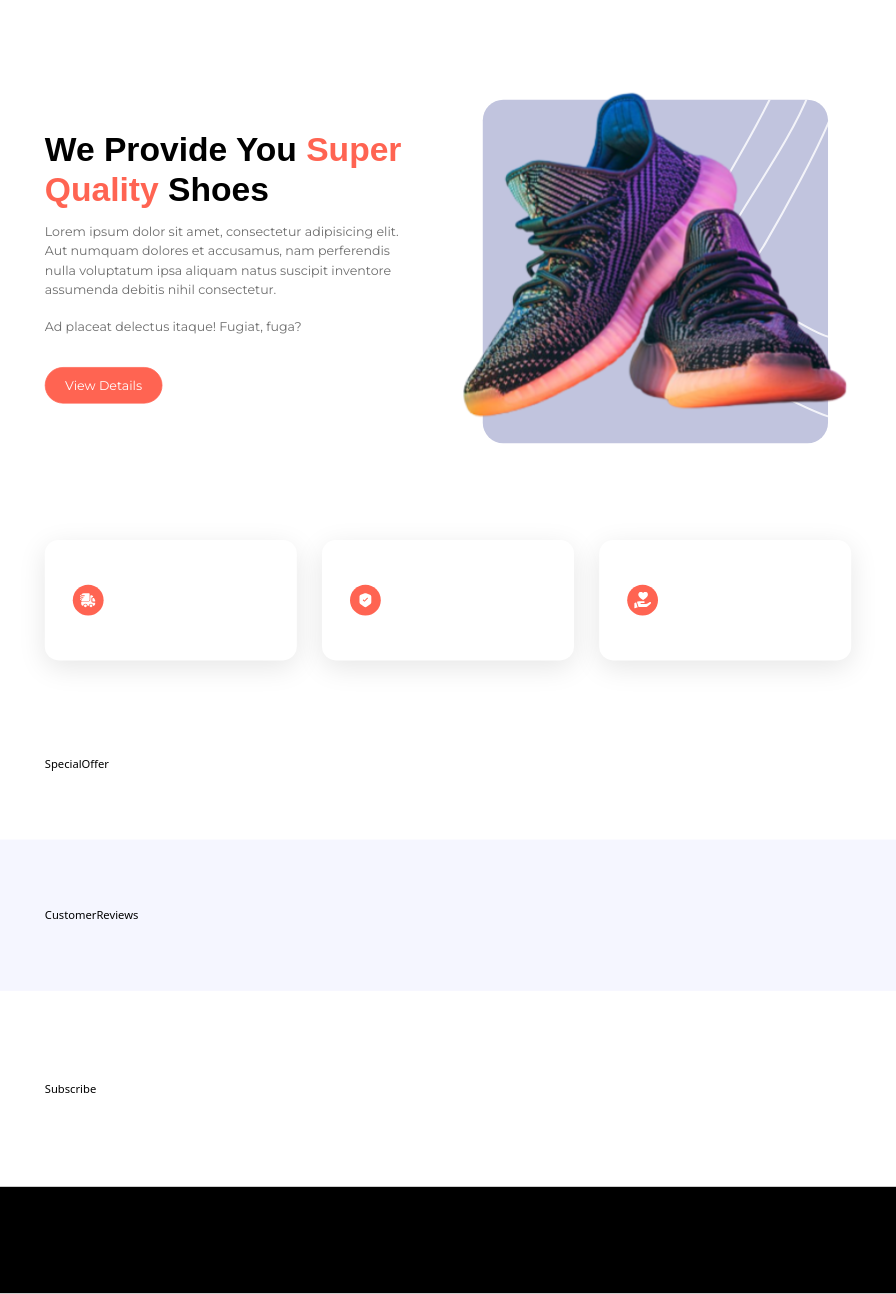
Repository: tynoschuck/nike-landpage
Page: /
These files come from the project's save history. The page is drawn as it stood at one moment and after the next save; the edit follows.
The browser window is 1280 px wide. The pictures show the part of the page from y = 1608 to 3528 px (the page is 3456 px tall before and 3528 px after), at 70% of full size.
Some web fonts or font styles are not loaded; a fallback is used. The project was rebuilt for these pictures with package versions that can differ from the ones it lists, and the page was loaded fresh each time. Also part of the build but not shown: vite.config.js.

Above is the page before, as saved 2023-12-01 11:37:21.

### index.html
<!doctype html>
<html lang="en">
  <head>
    <meta charset="UTF-8" />
    <link rel="icon" type="image/svg+xml" href="favicon.ico?" />
    <meta name="viewport" content="width=device-width, initial-scale=1.0" />
    <title>Nike Site</title>
  </head>
  <body>
    <div id="root"></div>
    <script type="module" src="/src/main.jsx"></script>
  </body>
</html>

### src/App.jsx
import Nav from "./components/Nav";
import { Hero, PopularProducts, CustomerReviews, Footer, Services, SpecialOffer, Subscribe, SuperQuality } from "./sections";

const App = () => (
  <main className="relative">
    <Nav />
    <section className="xl:padding-l wide:padding-r padding-b">
      <Hero />
    </section>
    <section className="padding">
      <PopularProducts />
    </section>
    <section className="padding">
      <SuperQuality />
    </section>
    <section className="padding-x py-10">
      <Services />
    </section>
    <section className="padding">
      <SpecialOffer />
    </section>
    <section className="padding bg-pale-blue">
      <CustomerReviews />
    </section>
    <section className="padding-x sm:py-32 py-16 w-full">
      <Subscribe />
    </section>
    <section className="padding-x padding-t pb-8 bg-black">
      <Footer />
    </section>
  </main>
);

export default App;

### src/components/Nav.jsx
import { headerLogo } from '../assets/images';
import { hamburger } from '../assets/icons';
import { navLinks } from '../constants';

const Nav = () => {
  return (
    <header className='padding-x py-8 absolute z-10 w-full'>
      <nav className='flex justify-between items-center max-container'>
        <a href="/">
          <img
            src={headerLogo}
            alt="logo"
            width={130}
            height={29}
          />
        </a>
        <ul className='flex-1 flex justify-center items-center gap-16 max-lg:hidden'>
          {navLinks.map((item) => (
            <li key={item.label}>
              <a
                href={item.href}
                className="font-montserrat leading-normal text-lg text-slate-gray"
              >
                {item.label}
              </a>
            </li>
          ))}
        </ul>
        <div className='hidden max-lg:block'>
          <img
            src={hamburger}
            alt="Hamburger"
            width={25}
            height={25}
          />
        </div>
      </nav>
    </header>
  )
}

export default Nav

### src/sections/index.js
import Hero from "./Hero";
import PopularProducts from "./PopularProducts";
import Footer from "./Footer";
import CustomerReviews from "./CustomerReviews";
import Services from "./Services";
import SpecialOffer from "./SpecialOffer";
import Subscribe from "./Subscribe";
import SuperQuality from "./SuperQuality";

export {
  Hero,
  PopularProducts,
  Footer,
  CustomerReviews,
  Services,
  SpecialOffer,
  Subscribe,
  SuperQuality,
};

### src/assets/images/index.js
import bigShoe1 from './big-shoe1.png'
import bigShoe2 from './big-shoe2.png'
import bigShoe3 from './big-shoe3.png'

import customer1 from './customer1.jpeg'
import customer2 from './customer2.svg'

import footerLogo from './footer-logo.svg'
import headerLogo from './header-logo.svg'

import offer from './offer.svg'

import shoe4 from './shoe4.svg'
import shoe5 from './shoe5.svg'
import shoe6 from './shoe6.svg'
import shoe7 from './shoe7.svg'
import shoe8 from './shoe8.svg'

import thumbnailBackground from './thumbnail-background.svg'
import thumbnailShoe1 from './thumbnail-shoe1.svg'
import thumbnailShoe2 from './thumbnail-shoe2.svg'
import thumbnailShoe3 from './thumbnail-shoe3.svg'

export {
    bigShoe1,
    bigShoe2,
    bigShoe3,

    customer1,
    customer2,

    footerLogo,
    headerLogo,

    offer,
    shoe4,
    shoe5,
    shoe6,
    shoe7,
    shoe8,

    thumbnailBackground,
    thumbnailShoe1,
    thumbnailShoe2,
    thumbnailShoe3
}

### src/assets/icons/index.js
import arrowRight from './arrow-right.svg'
import chevronLeft from './chevron-left.svg'
import cheveronRight from './chevron-right.svg'
import copyrightSign from './copyright-sign.svg'
import facebook from './facebook.svg'
import hamburger from './hamburger.svg'
import instagram from './instagram.svg'
import support from './support.svg'
import shieldTick from './shield-tick.svg'
import star from './star.svg'
import truckFast from './truck-fast.svg'
import twitter from './twitter.svg'

export {
    arrowRight,
    cheveronRight,
    chevronLeft,
    copyrightSign,
    facebook,
    hamburger,
    instagram,
    support,
    shieldTick,
    star,
    truckFast,
    twitter
}

### src/constants/index.js
import { facebook, instagram, shieldTick, support, truckFast, twitter } from "../assets/icons";
import { bigShoe1, bigShoe2, bigShoe3, customer1, customer2, shoe4, shoe5, shoe6, shoe7, thumbnailShoe1, thumbnailShoe2, thumbnailShoe3 } from "../assets/images";

export const navLinks = [
    { href: "#home", label: "Home" },
    { href: "#about-us", label: "About Us" },
    { href: "#products", label: "Products" },
    { href: "#contact-us", label: "Contact Us" },
];

export const shoes = [
    {
        thumbnail: thumbnailShoe1,
        bigShoe: bigShoe1,
    },
    {
        thumbnail: thumbnailShoe2,
        bigShoe: bigShoe2,
    },
    {
        thumbnail: thumbnailShoe3,
        bigShoe: bigShoe3,
    },
];

export const statistics = [
    { value: '1k+', label: 'Brands' },
    { value: '500+', label: 'Shops' },
    { value: '250k+', label: 'Customers' },
];

export const products = [
    {
        imgURL: shoe4,
        name: "Nike Air Jordan-01",
        price: "$200.20",
        rating: "(4.2)",
    },
    {
        imgURL: shoe5,
        name: "Nike Air Jordan-10",
        price: "$210.20",
        rating: "(4.8)",
    },
    {
        imgURL: shoe6,
        name: "Nike Air Jordan-100",
        price: "$220.20",
        rating: "(4.5)",
    },
    {
        imgURL: shoe7,
        name: "Nike Air Jordan-001",
        price: "$230.20",
        rating: "(4.2)",
    },
];

export const services = [
    {
        imgURL: truckFast,
        label: "Free shipping",
        subtext: "Enjoy seamless shopping with our complimentary shipping service."
    },
    {
        imgURL: shieldTick,
        label: "Secure Payment",
        subtext: "Experience worry-free transactions with our secure payment options."
    },
    {
        imgURL: support,
        label: "Love to help you",
        subtext: "Our dedicated team is here to assist you every step of the way."
    },
];

export const reviews = [
    {
        imgURL: customer1,
        customerName: 'Morich Brown',
        rating: 4.5,
        feedback: "The attention to detail and the quality of the product exceeded my expectations. Highly recommended!"
    },
    {
        imgURL: customer2,
        customerName: 'Lota Mongeskar',
        rating: 4.5,
        feedback: "The product not only met but exceeded my expectations. I'll definitely be a returning customer!"
    }
];


export const footerLinks = [
    {
        title: "Products",
        links: [
            { name: "Air Force 1", link: "/" },
            { name: "Air Max 1", link: "/" },
            { name: "Air Jordan 1", link: "/" },
            { name: "Air Force 2", link: "/" },
            { name: "Nike Waffle Racer", link: "/" },
            { name: "Nike Cortez", link: "/" },
        ],
    },
    {
        title: "Help",
        links: [
            { name: "About us", link: "/" },
            { name: "FAQs", link: "/" },
            { name: "How it works", link: "/" },
            { name: "Privacy policy", link: "/" },
            { name: "Payment policy", link: "/" },
        ],
    },
    {
        title: "Get in touch",
        links: [
            { name: "customer@nike.com", link: "mailto:customer@nike.com" },
            { name: "+92554862354", link: "tel:+92554862354" },
        ],
    },
];

export const socialMedia = [
    { src: facebook, alt: "facebook logo" },
    { src: twitter, alt: "twitter logo" },
    { src: instagram, alt: "instagram logo" },
];

### src/sections/Hero.jsx
import { useState } from "react";
import { arrowRight } from "../assets/icons";
import Button from "../components/Button";
import { shoes, statistics } from "../constants";
import { bigShoe1 } from "../assets/images";
import Shoecard from "../components/Shoecard";

const Hero = () => {

  const [bigShoeImg, setBigShoeImg] = useState(bigShoe1)

  return (
    <section
      id="home"
      className="w-full flex xl:flex-row flex-col justify-center min-h-screen gap-10 max-container">
        <div className="relative xl:w-2/5 flex flex-col justify-center items-start w-full max-xl:padding-x pt-28">
          <p className="text-xl font-montserrat text-coral-red">Our Summer Collection</p>
          <h1 className="mt-10 font-palanquin text-8xl max-sm:text-[72px] max-sm:leading-[82px] font-bold">
            <span className="xl:bg-white xl:whitespace-nowrap relative z-10 pr-10">The New Arrival</span>
            <br />
            <span className="text-coral-red inline-block mt-3">Nike</span> Shoes
          </h1>
          <p className="font-montserrat text-slate-gray text-lg leading-8 mt-6 mb-14 sm:max-w-sm"> Discover the new arrivals</p>
          <Button label='Shop now' iconUrl={arrowRight}/>
          <div className="flex justify-start items-start flex-wrap w-full mt-20 gap-16">
            {statistics.map((stat) => (
              <div key={stat.label}>
                <p className="text-4xl font-palanquin font-bold">
                  {stat.value}
                </p>
                <p className="leading-7 font-montserrat text-slate-gray">
                  {stat.label}
                </p>
              </div>
            ))}
          </div>
        </div>
        <div className="relative flex-1 flex justify-center items-center xl:min-h-screen max-xl:py-40 bg-primary bg-hero bg-cover bg-center">
          <img
            src={bigShoeImg}
            alt="shoe collection"
            width={610}
            height={500}
            className="object-contain relative z-10"
          />
          <div className="flex sm:gap-6 gap-4 absolute -bottom-[5%] sm:left-[10%] max-sm:px-6">
            {shoes.map((shoe,) => (
              <div key={shoe}>
                <Shoecard
                  imgURL={shoe}
                  changeBigShoeImage={(shoe) => setBigShoeImg (shoe)}
                  bigShoeImg={bigShoeImg}
                />
              </div>
            ))}
          </div>

        </div>
      </section>
  )
}

export default Hero

### src/sections/PopularProducts.jsx
import PopularProductCard from "../components/PopularProductCard"
import { products } from "../constants"

const PopularProducts = () => {
  return (
    <section
      id="products"
      className="max-container max-sm:mt-12"
    >
      <div className="flex flex-col justify-start gap-5">
        <h2 className="text-4xl font-palanquin font-bold">Lorem <span className="text-coral-red
        ">ipsum</span> dolor sit amet </h2>
        <p className="lg:max-w-lg mt-2 font-montserrat">Deleniti aliquid, dolorum quod velit possimus quibusdam sed sit voluptatum hic minima. </p>
      </div>
      <div className="mt-16 grid lg:grid-cols-4 md:grid-cols-3 sm:grid-cols-2 grid-cols-1 sm:gap-6 gap-14">
        {products.map((product) =>(
          <PopularProductCard
            key={product.name}
            {...product}
          />
        ))}
      </div>
    </section>
  )
}

export default PopularProducts

### src/sections/Services.jsx
import ServiceCard from "../components/ServiceCard"
import { services } from "../constants"

const Services = () => {
  return (
    <section className="max-container flex justify-center flex-wrap gap-9">
      {services.map((service) => (
        <ServiceCard
        key={service.label}
        {...service} />
      ))}
    </section>
  )
}

export default Services

### src/sections/SuperQuality.jsx
import Button from "../components/Button"
import { shoe8 } from "../assets/images"

const SuperQuality = () => {
  return (
    <section
      id="about-us"
      className="flex justify-between items-center max-lg:flex-col gap-10 w-full max-container"
    >
      <div className="flex flex-1 flex-col">
        <h2 className="font-palanquin text-4xl capitalize font-bold lg:max-w-lg">
          We Provide You <span className="text-coral-red">Super</span> <span className="text-coral-red">Quality</span> Shoes

        </h2>
        <p className="mt-4 lg:max-w-lg info-text">Lorem ipsum dolor sit amet, consectetur adipisicing elit. Aut numquam dolores et accusamus, nam perferendis nulla voluptatum ipsa aliquam natus suscipit inventore assumenda debitis nihil consectetur.</p>
        <p className="mt-6 lg:max-w-lg info-text">Ad placeat delectus itaque! Fugiat, fuga?</p>
        <div className="mt-11">
          <Button label='View Details' /></div>
        </div>
        <div className="flex-1 flex justify-center items-center">
          <img
            src={shoe8}
            alt="shoe8"
            width={570}
            height={522}
            className="object-contain"
          />
        </div>
    </section>
  )
}

export default SuperQuality

### src/components/Button.jsx
const Button = ({ label, iconUrl}) => {
  return (
    <button className="flex justify-center items-center gap-2 px-7 py-4 border font-montserrat text-lg leading-none bg-coral-red rounded-full text-white border-coral-red">
      {label}
      {iconUrl && <img
        src={iconUrl}
        alt="arrow right icon"
        className="ml-2 rounded-full w-5 h-5"
      />}
    </button>
  )
}

export default Button

### src/components/Shoecard.jsx
const Shoecard = ({ imgURL, changeBigShoeImage, bigShoeImg }) => {

  const handleClick =() => {
    if(bigShoeImg !== imgURL.bigShoe) {
      changeBigShoeImage(imgURL.bigShoe)
    }
  }

  return (
    <div
      className={`border-2 rounded-xl ${bigShoeImg === imgURL.bigShoe ? 'border-coral-red' : 'border-transparent'} cursor-pointer max-sm:flex-1`}
      onClick={handleClick}
    >
      <div className="flex justify-center items-center bg-card bg-center bg-cover sm:w-40 sm:h-40 rounded-xl max-sm:p-4">
        <img
          src={imgURL.thumbnail}
          alt='shoe collection'
          width={127}
          height={103}
          className="object-contain"
        />
      </div>
    </div>
  )
}

export default Shoecard

### src/components/PopularProductCard.jsx
import { star } from "../assets/icons"

const PopularProductCard = ({ imgURL, name, price, rating }) => {
  return (
    <div className="flex flex-1 flex-col w-full max-sm:w-full">
      <img src={imgURL} alt={name} height={280} width={280} />
      <div className="mt-8 flex justify-start gap-2.5">
        <img src={star} alt="rating" height={24} width={24} />
        <p className="font-montserrat text-xl leading-normal text-slate-gray">{rating}</p>
      </div>
      <h3 className="mt-2 text-2xl leading-normal font-semibold font-palanquin">{name}</h3>
      <p className="mt-2 font-semibold font-montserrat text-coral-red text-2xl leading-normal">{price}</p>
    </div>
  )
}

export default PopularProductCard

### src/components/ServiceCard.jsx
const ServiceCard = ({ imgURL, label, subtext }) => {
  return (
    <div className="flex-1 sm:w-[350px] sm:min-w-[350px] w-full rounded-[20px] shadow-3xl px-10 py-16">
      <div className="w-11 h-11 flex justify-center items-center bg-coral-red rounded-full">
        <img src={imgURL} alt={label} width={24} height={24} />
      </div>

    </div>
  )
}

export default ServiceCard

Loaded but not shown: src/main.jsx (common file); src/index.css (common file); src/sections/Footer.jsx (common file); src/sections/CustomerReviews.jsx (common file); src/sections/SpecialOffer.jsx (common file); src/sections/Subscribe.jsx (common file); tailwind.config.js (common file)

After the next save:
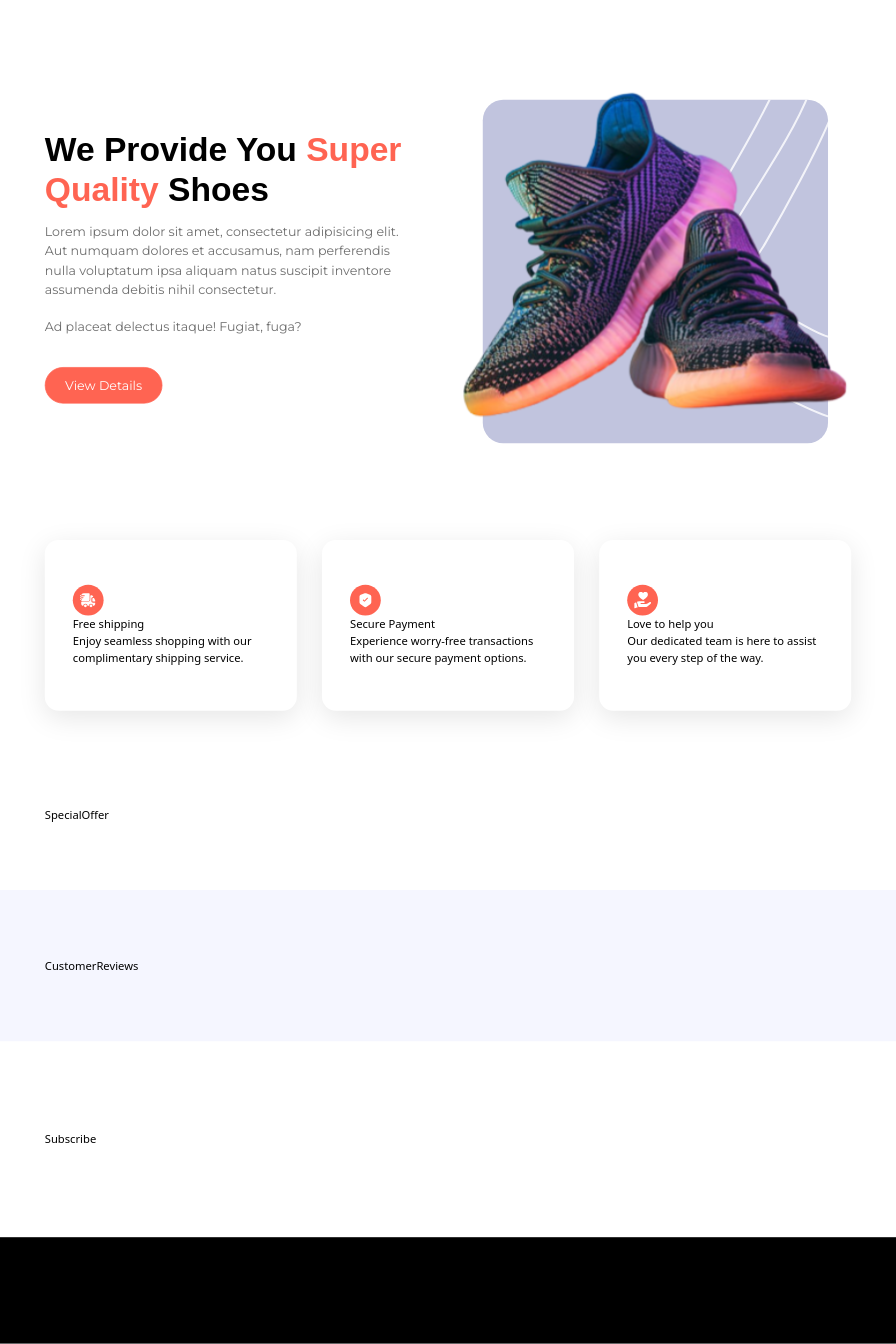
Saved 28 s later.
--- a/src/components/ServiceCard.jsx
+++ b/src/components/ServiceCard.jsx
@@ -4,7 +4,8 @@
       <div className="w-11 h-11 flex justify-center items-center bg-coral-red rounded-full">
         <img src={imgURL} alt={label} width={24} height={24} />
       </div>
-
+      <h3>{label}</h3>
+      <p>{subtext}</p>
     </div>
   )
 }
